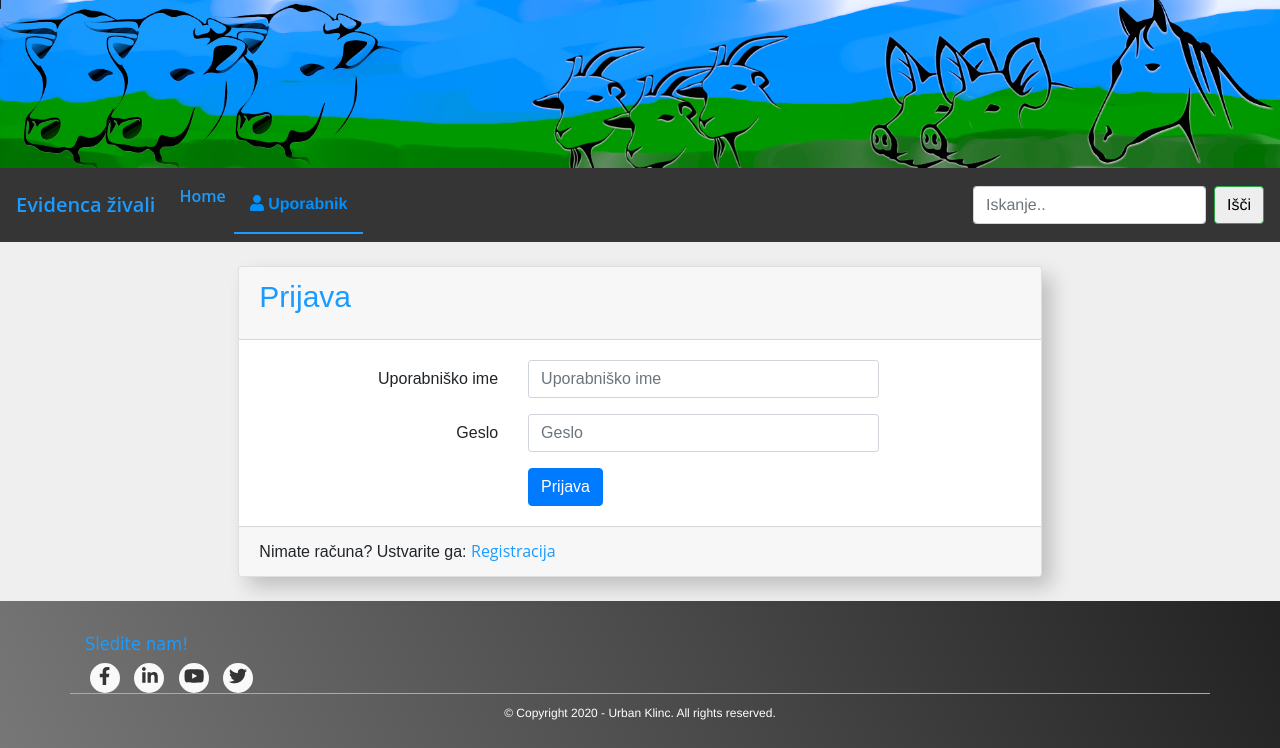
Repository: UrbyK/evidenca
Page: http://localhost/index.php?page=login
An editor plug-in stored every save of this project. The page is shown before and after the next save, followed by the edit.
The browser window is 1280 px wide. The pictures show the whole page.
Some web fonts or font styles are not loaded; a fallback is used. Some web libraries are served in a nearby version. The page is run by PHP 8.4 with error messages shown; the project is at /var/www/html/.

Above is the page before, as saved 2020-06-09 12:28:59.

### index.php
<?php

    include('./functions.php');
    $pdo = pdo_connect_mysql();

    $page = isset($_GET['page']) && file_exists($_GET['page']. '.php') ? $_GET['page'] : 'home';
    include($page . '.php');
?>

### functions.php
<?php
    session_start();
    include('./inc/dbh.inc.php');

function template_header($title){
    include_once('./header.php');
}

function template_footer(){
    include_once('./footer.php');
}

function get_animal($idanimal){
    $pdo = pdo_connect_mysql();
    $stmt = $pdo->prepare("SELECT * FROM animals WHERE idanimals = $idanimal");
    $stmt->execute();
    $result = $stmt->fetchAll(PDO::FETCH_ASSOC);
    foreach($result as $item):
        echo $item['ear_tag'] ." ".$item['name'];
    endforeach;
}

function is_admin() {
    if (isset($_SESSION['admin']) && ($_SESSION['admin'] == 1)) {
        return true;
    }
    else {
        return false;
    }
}


?>

### inc/dbh.inc.php
<?php
function pdo_connect_mysql(){
    /* credentials */
    $dbHost = 'localhost';
    $dbUser = 'root';
    $dbPass = '';
    $dbName = 'evidenca_zivali';

    try{
        return new PDO('mysql:host=' . $dbHost . ';dbname=' . $dbName . ';charset=utf8', $dbUser, $dbPass);
    } catch (PDOException $exception) {
    	// If there is an error with the connection, stop the script and display the error.
    	die ('Failed to connect to database!'. $exception->getMessage());
    }
}
?>

### login.php
<?=template_header("Login")?>

<div class="my-form">
    <div class="row justify-content-center">
        <div class="col-sm-8">
            <div class="card user-form">
                <div class="card-header">
                    <h1 class="card-title">Prijava</h1>
                </div>
                <div class="card-body">
                    <form method="post" action="./inc/login.inc.php" class="content">
                        <div class="form-group row">
                            <label class="col-md-4 col-form-label text-md-right" for="username">Uporabniško ime</label>
                            <div class="col-md-6">
                                <input type="text" class="form-control" name="username" id="username" placeholder="Uporabniško ime" required>
                            </div>
                        </div>
                        <div class="form-group row">
                            <label class="col-md-4 col-form-label text-md-right" for="password">Geslo</label>
                            <div class="col-md-6">
                                <input type="password" class="form-control" name="password" id="password" placeholder="Geslo" required>
                            </div>
                        </div>

                        <div class="col-md-6 offset-md-4">
                        <button type="submit" name="log_btn" class="btn btn-primary" value="Vpiši se">
                            Prijava
                            </button>
                        </div>

                    </form>
                </div>
                <div class="card-footer">
                    Nimate računa? Ustvarite ga: <a href="./index.php?page=register">Registracija</a>
                </div>
            </div>
        </div>
    </div>
</div>

<?=template_footer()?>

### header.php
<!DOCTYPE htmL>
<html>
    <head>
        <meta charset="utf-8" content="text/html">
        <meta name="viewport" content="width=device-width, initi">

    <!-- JAVASCRIPT -->
        <script src="https://cdnjs.cloudflare.com/ajax/libs/javascript.util/0.12.12/javascript.util.min.js"
        integrity="sha256-eiohPQlDytO6qQO+k+xX6LyVgfXcTzlPCy9t/VjceYo="
        crossorigin="anonymous"></script>

    <!-- JQuery -->
        <script src="https://code.jquery.com/jquery-3.5.1.js"
        integrity="sha256-QWo7LDvxbWT2tbbQ97B53yJnYU3WhH/C8ycbRAkjPDc="
        crossorigin="anonymous"></script>

    <!-- BOOTSTRAP -->
        <link href="https://stackpath.bootstrapcdn.com/bootstrap/4.5.0/css/bootstrap.min.css"
        rel="stylesheet" integrity="sha384-9aIt2nRpC12Uk9gS9baDl411NQApFmC26EwAOH8WgZl5MYYxFfc+NcPb1dKGj7Sk"
        crossorigin="anonymous">
        <script src="https://stackpath.bootstrapcdn.com/bootstrap/4.5.0/js/bootstrap.min.js"
        integrity="sha384-OgVRvuATP1z7JjHLkuOU7Xw704+h835Lr+6QL9UvYjZE3Ipu6Tp75j7Bh/kR0JKI"
        crossorigin="anonymous"></script>
        <script src="https://stackpath.bootstrapcdn.com/bootstrap/4.5.0/js/bootstrap.bundle.min.js"
        integrity="sha384-1CmrxMRARb6aLqgBO7yyAxTOQE2AKb9GfXnEo760AUcUmFx3ibVJJAzGytlQcNXd"
        crossorigin="anonymous"></script>

    <!-- FONT AWSEMOE -->
        <script src="https://cdnjs.cloudflare.com/ajax/libs/font-awesome/5.12.1/js/all.min.js"
        integrity="sha256-MAgcygDRahs+F/Nk5Vz387whB4kSK9NXlDN3w58LLq0=" crossorigin="anonymous"></script>

    <!-- CSS -->
        <link rel="stylesheet" href="./css/style.css">

    <!-- Active menu item -->
        <script src="./js/active-menu.js" crossorigin="anonymous"></script>

    </head>

    <body>
        <header>
            <div class="banner"><img src="./DB/img/animal-banner.png" alt="banner"><!--<img src="https://via.placeholder.com/1900x250" alt="banner">--></div>
        </header>

       <!-- <nav class="navbar sticky-top navbar-expand-lg navbar-light bg-light ">-->
        <nav class="navbar sticky-top navbar-expand-lg">
            <a class="navbar-brand" href="./index.php">Evidenca živali</a>
            <button class="navbar-toggler" type="button" data-toggle="collapse" data-target="#navbarSupportedContent" aria-controls="navbarSupportedContent" aria-expanded="false" aria-label="Toggle navigation">
                <span class="navbar-toggler-icon"></span>
            </button>

            <div class="collapse navbar-collapse" id="navbarSupportedContent">
                <ul class="navbar-nav mr-auto">

                    <li class="nav-item">
                        <a class="nav-link" href="./index.php">Home <span class="sr-only">(current)</span></a>
                    </li>
                    <?php if(isset($_SESSION['user_id']) && !empty($_SESSION['user_id'])): ?>
                    <li class="nav-item">
                        <div class="dropdown">
                            <button class="dropbtn">Živali</button>
                            <div class="dropdown-content">
                                <a class="nav-link" href="./index.php?page=animals">Vse živali</a>
                            </div>
                        </div>
                    </li>
                    <?php endif; ?>

                    <li class="nav-item">
                        <div class="dropdown">
                            <button class="dropbtn"><i class="fas fa-user"></i> Uporabnik</button>
                            <div class="dropdown-content">
                                <?php if(empty($_SESSION['user_id'])): ?>
                                    <a class="nav-link" href="./index.php?page=login" title="Login"><i class="fas fa-sign-in-alt"></i></i> Prijava</a>
                                    <a class="nav-link" href="./index.php?page=register" title="Register"><i class="fas fa-user-plus"></i> Registracija</a>
                                <?php endif; ?>
                                <?php if(isset($_SESSION['user_id']) && !empty($_SESSION['user_id'])): ?>
                                    <a class="nav-link" href="./index.php?page=profile" title="Profil"><i class="fas fa-address-card"></i> Profil</a>
                                    <a class="nav-link" href="./index.php?page=animal-add" title="Dodaj žival">Dodaj žival</a>
                                    <a class="nav-link" href="./index.php?page=logout" title="Logout"><i class="fas fa-sign-out-alt"></i> Izpis</a>
                                <?php endif; ?>
                            </div>
                        </div>
                    </li>
                </ul>

                <form method="GET" class="form-inline my-2 my-lg-0 search-area" action="./search.php">
                    <input class="form-control mr-sm-2" type="text" name="search" placeholder="Iskanje..">
                    <button class="btn btn-outline-success my-2 my-sm-0" name="search_btn" type="submit">Išči</button>
                </form>
            </div>
        </nav>

    <div class="container-fluid">

### footer.php
</div>  <!-- container-fluid -->

<footer class="flow-footer" role="contentinfo">

<div class="footer-wrapper">
  <div class="container container-footer">
    <div class="row">
      <!--Column-->
      <div class="col-lg-6 col-md-6 col-sm-6 col-12">
        <div class="footer-pad">
        </div> <!-- footer-pad -->
      </div> <!-- col col-lg col-md col-sm -->
      <!-- Column end -->

      <div class=" col-12">

        <h4>Sledite nam!</h4>
        <ul class="social-network social-circle">
          <li><a href="https://www.facebook.com" target="_blank" class="icoFacebook" title="Facebook"><i class="fab fa-facebook-f"></i></a></li>
          <li><a href="https://www.linkedin.com" target="_blank" class="icoLinkedin" title="Linkedin"><i class="fab fa-linkedin-in"></i></a></li>
          <li><a href="https://www.youtube.com" target="_blank" class="icoYoutube" title="Youtube"><i class="fab fa-youtube"></i></a></li>
          <li><a href="https://twitter.com" target="_blank" class="icoTwitter" title="Twitter"><i class="fab fa-twitter"></i></a></li>
        </ul>
      </div> <!-- footer-pad -->
    </div> <!-- col col-lg col-md col-sm -->

  <div class="row">
    <div class="col-12 copy">
      <p class="text-center">&copy; Copyright 2020 - Urban Klinc.  All rights reserved.</p>
    </div>
  </div> <!-- row -->

  </div> <!-- container -->
</div><!-- footer-wrapper -->

</footer>

### css/style.css
@import url('http://fonts.googleapis.com/css?family=Oxygen+Mono');
@import url('https://fonts.googleapis.com/css?family=Damion|Neucha|Pacifico|Yellowtail&display=swap');
@import url('https://fonts.googleapis.com/css?family=Raleway:300,400,600');

* {
    text-decoration: none;
}

body{
    padding: 0;
    margin: 0 auto;
    font-size: 16px;
    font-family: 'Josefin Slab', Helvetica, Palatino, Verdana, sans-serif;
    background-color: #efefef;
}

a{
    color: #1b9bff;
    font-family: "Open Sans", Helvetica, sans-serif;

}

h1, h2, h3, h4, h5, h6{
    color: #1b9bff;
    font-family: 'Oxygen Mono', Tahoma, Arial, sans-serif;
/*font-family: 'Oxygen Mono', Tahoma, Arial, sans-serif;*/
}

h1{
    font-size: 30px;
}

h2{
    font-size: 26px;
}

h3{
    font-size: 22px;
}

h4{
    font-size: 18px;
}

h5{
    font-size: 14px;
}

h6{
    font-size: 10px;
}

/* ========= HEADER ======== */

/*Banner*/
header .banner{
    max-width: 100%;
    max-height: 250px;
    min-height: 50px;
    height: auto;
    position: relative;
    top: 0px;
    margin: 0 auto;
/*background-image: url(../img/animals-2222007_1920.jpg);*/
}

header .banner img{
    max-width: 100%;
    width: 100%;
    max-height: 250px;
    min-height: 50px;
    height: auto;
    position: relative;
    top: 0px;
    margin: 0 auto;
}

/* hide banner */
@media all and (max-width: 800px){
.banner{
    display: none;
    }
}

/* NAVBAR */

.navbar {
    background-color: #353535;
    color: #0091ff;
    font-weight: 600;
}

.active {
    border-bottom: 2px solid #1b9bff;
}

.navbar button {
    background-color: #eee;
    color: #010101;
    font-weight: 550;
}

.navbar button i {
    margin: auto;
}
.navbar .dropdown .dropbtn{
    background-color: inherit;
    color: inherit;
    font: inherit;
}

/* to override the existing css for "a" tag */
.navbar .active a {
    color: #fff;
}

#navbarToggler ul li {
    border-right: 1px solid #eee;
}

#navbarToggler ul li:last-child {
    border-right: none;
}

/* shoping cart icon */
.link-icons {
    display: flex;
    flex-grow: 1;
    flex-basis: 0;
    justify-content: flex-end;
    align-items: center;
    position: relative;
    max-width: 50px;
}
.link-icons a {
    text-decoration: none;
    color: #63748e;
    padding: 0 10px;
}
.link-icons a:hover {
    color: #8e97a5;
}
.link-icons a i {
    font-size: 18px;
}
.link-icons a span {
    display: inline-block;
    text-align: center;
    background-color: #63748e;
    border-radius: 50%;
    color: #FFFFFF;
    font-size: 12px;
    line-height: 16px;
    width: 16px;
    height: 16px;
    font-weight: bold;
    position: absolute;
    top: 22px;
    right: 0;
}

/* HOVER DROPDOWN */
.dropbtn {
    color: inherit;
    padding: 16px;
    font-size: 16px;
    border: none;
}

.dropbtn:hover {
    color: inherit;
}

/* The container <div> - needed to position the dropdown content */
.dropdown {
    position: relative;
    display: inline-block;
}

/* Dropdown Content (Hidden by Default) */
.dropdown-content {
    display: none;
    position: absolute;
    background-color: #757575;
    min-width: 160px;
    box-shadow: 0px 8px 16px 0px rgba(0,0,0,0.2);
    z-index: 1;
}

/* Links inside the dropdown */
.dropdown-content a {
    color: #fff;
    padding: 12px 16px;
    text-decoration: none;
    display: block;
}

/* Change color of dropdown links on hover */
.dropdown-content a:hover {
    background-color: #009900;
    color: #111;
}

/* Show the dropdown menu on hover */
.dropdown:hover .dropdown-content {
    display: block;
}

/* Change the background color of the dropdown button when the dropdown content is shown */
.dropdown:hover .dropbtn {
    background-color: #1b9bff;
    color: #fff;
}

/* FOOTER */
footer {
    background: #535355;
    background: -webkit-linear-gradient(63deg, #777777, #222222);
    background: linear-gradient(63deg, #777777, #222222);
    color: white;
    }

footer a {
    color: #fefefe;
    font-size: 14px;
    transition-duration: 0.2s;
}

footer a:hover {
    color: #1b9bff;
    text-decoration: none;
}

.copy {
    font-size: 12px;
    padding: 10px;
    border-top: 1px solid #aaa;
}

.footer-wrapper {
    padding-top: 2em;
    color: white;
}



/*SOCIAL ICONS*/
/* footer social icons */

ul.social-network {
    list-style: none;
    display: inline;
    margin-left: 0 !important;
    padding: 0;
}

ul.social-network li {
    display: inline;
    margin: 0 5px;
}


/* footer social icons */

.social-network a.icoFacebook:hover {
background-color: #3B5998;
}

.social-network a.icoLinkedin:hover {
background-color: #007bb7;
}

.social-network a.icoYoutube:hover {
    background-color: #FF0000;
}

.social-network a.icoTwitter:hover {
    background-color: #00aced;
}

.social-network a.icoFacebook:hover i,
.social-network a.icoLinkedin:hover i,
.social-network a.icoYoutube:hover i,
.social-network a.icoTwitter:hover i{
    color: #fff;
}

.social-network a.socialIcon:hover,
.socialHoverClass {
    color: #44BCDD;
}

.social-circle li a {
    display: inline-block;
    position: relative;
    margin: 0 auto 0 auto;
    -moz-border-radius: 50%;
    -webkit-border-radius: 50%;
    border-radius: 50%;
    text-align: center;
    width: 30px;
    height: 30px;
    font-size: 18px;
    color: #353535;
}

.social-circle li i {
    margin: 0;
    line-height: 30px;
    text-align: center;
}

.social-circle li a:hover {
    -moz-transform: rotate(360deg);
    -webkit-transform: rotate(360deg);
    -ms--transform: rotate(360deg);
    transform: rotate(360deg);
    -webkit-transition: all 0.6s;
    -moz-transition: all 0.6s;
    -o-transition: all 0.6s;
    -ms-transition: all 0.6s;
    transition: all 0.6s;
    color: #fff;
}

.social-circle i {
    color: #353535;
    -webkit-transition: all 0.8s;
    -moz-transition: all 0.8s;
    -o-transition: all 0.8s;
    -ms-transition: all 0.8s;
    transition: all 0.8s;
}
/* backgounf of icons when displayed */
.social-network a {
    background-color: #f9f9f9;
}


/* FORMS */
input{
    border: 1px solid #ced4da;
    border-radius: .20rem;
    transition: border-color .15s ease-in-out, box-shadow .15s ease-in-out;
}

/* LOGIN && REGISTRATION FORMS */

.my-form
{
    padding-top: 1.5rem;
    padding-bottom: 1.5rem;
    font-family: Raleway, sans-serif;
}

.my-form h1{
    font-family: inherit;
}

.my-form .row
{
    margin-left: 0;
    margin-right: 0;
}

.form-control{
    border: 1px solid #ced4da;
    border-radius: .20rem;
    transition: border-color .15s ease-in-out, box-shadow .15s ease-in-out;
}
.card {
    box-shadow: 10px 10px 20px rgba(0,0,0,0.2);
}

/* HOVER BOX */

.hvrbox,
.hvrbox * {
  box-sizing: border-box;
}

.hvrbox {
  position: relative;
  display: inline-block;
  overflow: hidden;

  height: 100%;
  width: auto;
  margin-top: 5%;
  padding-bottom: 10px;

  border-bottom: 1px dashed #aaa;
}

.hvrbox img {
  max-width: 100%;
  margin: auto;
}

.hvrbox .hvrbox-layer_bottom {
  display: block;
}

.hvrbox .hvrbox-layer_top {
  opacity: 0;
  position: absolute;
  top: 0;
  left: 0;
  right: 0;
  bottom: 0;
  width: 100%;
  height: 100%;
  background: rgba(0, 0, 0, 0.6);
  color: #fff;
  padding: 15px;
  -moz-transition: all 0.5s ease-in-out 0s;
  -webkit-transition: all 0.5s ease-in-out 0s;
  -ms-transition: all 0.5s ease-in-out 0s;
  transition: all 0.5s ease-in-out 0s;
}

.hvrbox:hover .hvrbox-layer_top,
.hvrbox.active .hvrbox-layer_top {
  opacity: 1;
  height: 100%;
}

.hvrbox .hvrbox-text {
  text-align: center;
  font-size: 17px;
  display: inline-block;
  position: absolute;
  top: 50%;
  left: 50%;
  -moz-transform: translate(-50%, -50%);
  -webkit-transform: translate(-50%, -50%);
  -ms-transform: translate(-50%, -50%);
  transform: translate(-50%, -50%);
}

.hvrbox .hvrbox-text_mobile {
  font-size: 15px;
  border-top: 1px solid rgb(179, 179, 179); /* for old browsers */
  border-top: 1px solid rgba(179, 179, 179, 0.7);
  margin-top: 5px;
  padding-top: 2px;
  display: none;
}

.hvrbox.active .hvrbox-text_mobile {
  display: block;
}

.hvrbox .hvrbox-layer_slideup {
  -moz-transform: translateY(100%);
  -webkit-transform: translateY(100%);
  -ms-transform: translateY(100%);
  transform: translateY(100%);
}

.hvrbox:hover .hvrbox-layer_slideup,
.hvrbox.active .hvrbox-layer_slideup {
  -moz-transform: translateY(0);
  -webkit-transform: translateY(0);
  -ms-transform: translateY(0);
  transform: translateY(0);
}

.hvrbox:hover .price{
  color: #fff;
  -moz-transition: color 0.8s ease 0s;
  -webkit-transition: color 0.8s ease 0s;
  -ms-transition: color 0.8s ease 0s;
  transition: color 0.8s ease 0s;
}

.btn-container{
    max-width: 300px;
    margin: 10px auto;
    text-align: center;
  }

  .btn.active, .btn:active {
    background: #cecece;
    text-decoration: none;
}

/* ANIMAL SHOW */
.animal-table{
    margin: 5px;
}
.animal-table table{
    width: 100%;
}

.animal-table table th{
    font-size: 20px;
    font-weight: 600;
}

.animal-table table,
.animal-table table tr td,
.animal-table table tr th{
    margin: 15px auto 0 auto;
    border: 2px solid #353535;
    box-shadow: 0 0 0 3px hsl(0, 0%, 70%);
    max-height: 150px;
}

.animal-table table td{
    min-width: 100px;
    max-height: 150px;

}


.animal-table{
	display: flex;
    padding: 15px 25px 15px 0px;
}

.animal img{
  max-width: 100%;
  margin: 0 auto;
  border: 2px solid #aaa;
  border-radius: 10px;
  align-content: center;
}

.animal-info{
  margin: auto 0;
  padding-right: 5%;
  padding-bottom: 55px;
  background-color: #efefef;
}

.animal-info h1 {
	font-size: 34px;
	font-weight: normal;
	margin: 0;
  padding: 20px 0 10px 0;
  color: #1b9bff;
  font-family:  'Franklin Gothic Medium', 'Arial Narrow', Arial, sans-serif;
}

.home-row{
    height: 60vh;
}

.home-card{
    margin: auto;
}

.table tr td{
    font-size: 18px;
    font-weight: 800;
}
.controls{
    margin-top: 10px;
}


.comments{
    margin-left: 25px;
    max-width: 750px;
}

.comments .card{
    width: 100%;
}

textarea#styled {
    max-width: 600px;
    width: 400px;
	height: 120px;
	border: 3px solid #cccccc;
	padding: 5px;
	font-family: Tahoma, sans-serif;
	background-image: url(bg.gif);
	background-position: bottom right;
	background-repeat: no-repeat;
}

/* COMMENTS */
.row .acomment{
    border: 1px solid #353535;
    box-shadow: 0px 8px 16px 0px rgba(0,0,0,0.2);
}
.checked{
    color: #009900;
}

### js/active-menu.js
$(function(){
    // this will get the full URL at the address bar
    var url = window.location.href;

    // passes on every "a" tag
    $(".navbar a").each(function() {
            // checks if its the same on the address bar
        if(url == (this.href)) {
            $(this).closest("li").addClass("active");
        }
    });
});

After the next save:
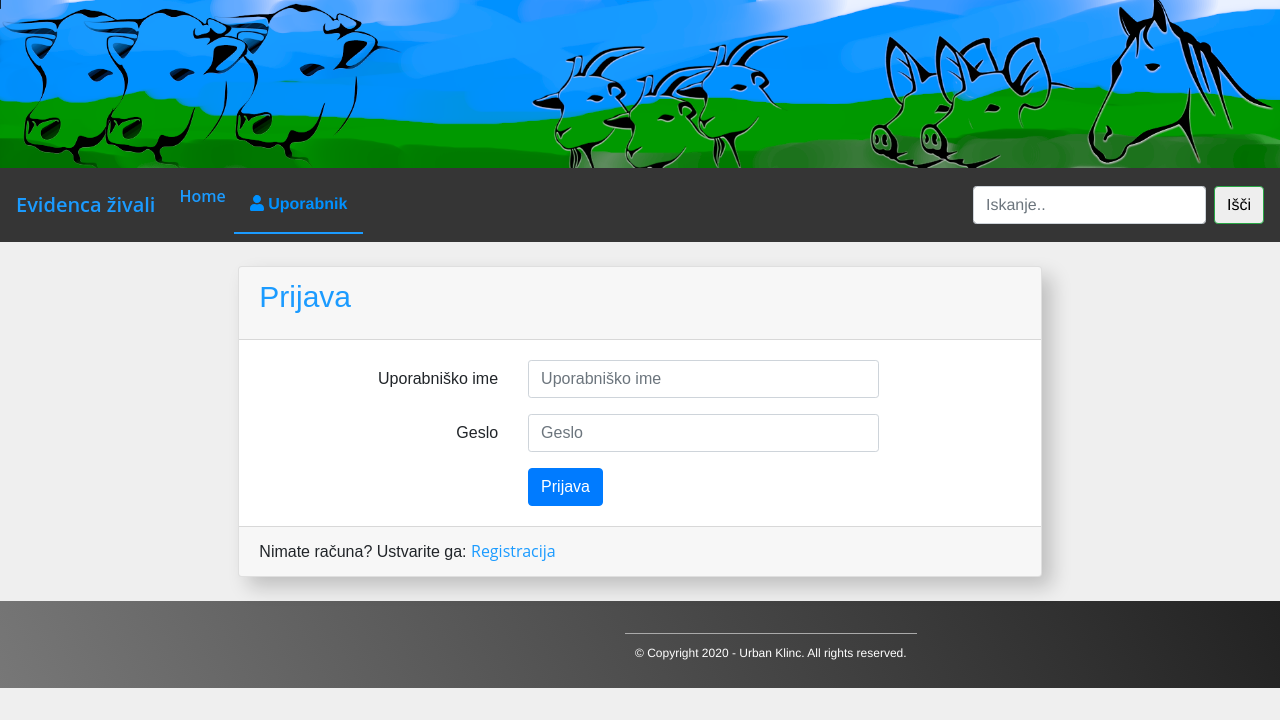
Saved 105 s later.
--- a/footer.php
+++ b/footer.php
@@ -5,14 +5,14 @@
 <div class="footer-wrapper">
   <div class="container container-footer">
     <div class="row">
-      <!--Column-->
+      <!-- Column-->
       <div class="col-lg-6 col-md-6 col-sm-6 col-12">
         <div class="footer-pad">
         </div> <!-- footer-pad -->
       </div> <!-- col col-lg col-md col-sm -->
       <!-- Column end -->
 
-      <div class=" col-12">
+      <!-- <div class=" col-12">
 
         <h4>Sledite nam!</h4>
         <ul class="social-network social-circle">
@@ -21,8 +21,8 @@
           <li><a href="https://www.youtube.com" target="_blank" class="icoYoutube" title="Youtube"><i class="fab fa-youtube"></i></a></li>
           <li><a href="https://twitter.com" target="_blank" class="icoTwitter" title="Twitter"><i class="fab fa-twitter"></i></a></li>
         </ul>
-      </div> <!-- footer-pad -->
-    </div> <!-- col col-lg col-md col-sm -->
+      </div>  footer-pad
+    </div> col col-lg col-md col-sm -->
 
   <div class="row">
     <div class="col-12 copy">
